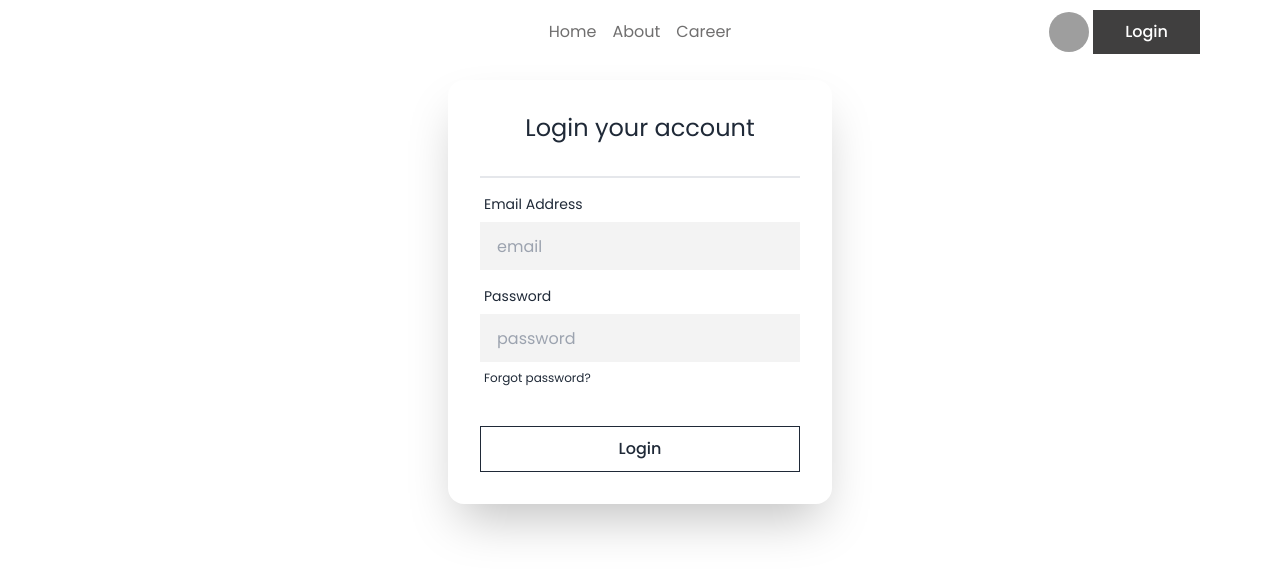
Repository: ShouravAhammed/react-dragon-news-auth
Page: /login
The author's editor kept a copy of each file at every save. The page is drawn from the files as they stood at one save, then again after the next save.
The browser window is 1280 px wide. The pictures show the whole page.
Pictures or frames that could not be fetched are drawn as grey boxes. The project was rebuilt for these pictures with package versions that can differ from the ones it lists, and the page was loaded fresh each time. Also part of the build but not shown: vite.config.js, src/pages/BreakingNews/BreakingNews.jsx, src/pages/Shared/Header/Header.jsx, src/pages/Shared/LeftSideNav/LeftSideNav.jsx, src/Components/btnLogin/BtnLogin.jsx, src/pages/Shared/RIghtSideNav/RightSideNav.jsx, src/pages/Home/Home.jsx, src/pages/About/About.jsx and 1 more.

Above is the page before, as saved 2024-04-14 02:57:40.

### src/main.jsx
import React from 'react'
import ReactDOM from 'react-dom/client'
import './index.css'
import { RouterProvider } from 'react-router-dom'
import router from './Routes/Routes.jsx'

ReactDOM.createRoot(document.getElementById('root')).render(
  <React.StrictMode>
    <RouterProvider router={router}/>
  </React.StrictMode>,
)

### src/Routes/Routes.jsx
import Root from "../layout/Root";

import {
    createBrowserRouter,
  } from "react-router-dom";
import Home from "../pages/Home/Home";
import About from "../pages/About/About";
import Career from "../pages/Career/Career";
import Login from "../pages/Login/Login";

const router = createBrowserRouter([
    {
        path: '/',
        element: <Root></Root>,
        children: [
            {

                path: '/',
                element: <Home></Home>,
            },
            {

                path: '/about',
                element: <About></About>,
            },
            {

                path: '/career',
                element: <Career></Career>,
            },
            {

                path: '/login',
                element: <Login></Login>,
            },

        ]
    }
])

export default router;

### src/layout/Root.jsx
import { Outlet } from "react-router-dom";


const Root = () => {
    return (
        <div className="max-w-6xl mx-auto font-poppins px-2">
            <Outlet></Outlet>
        </div>
    );
};

export default Root;

### src/pages/Login/Login.jsx
import Navbar from "../Shared/Navbar/Navbar";


const Login = () => {
    return (
        <div>
            <Navbar></Navbar>

            <div className="">
  <div className="hero-content">
    <div className="card  w-full max-w-sm shadow-2xl">

      <form className="card-body">
        <h3 className="text-center pb-8 border-b-2 text-2xl">Login your account</h3>
        <div className="form-control">
          <label className="label">
            <span className="label-text">Email Address</span>
          </label>
          <input type="email" placeholder="email" className="input rounded-none bg-[#F3F3F3]" required />
        </div>
        <div className="form-control">
          <label className="label">
            <span className="label-text">Password</span>
          </label>
          <input type="password" placeholder="password" className="input bg-[#F3F3F3] rounded-none" required />
          <label className="label">
            <a href="#" className="label-text-alt link link-hover">Forgot password?</a>
          </label>
        </div>
        <div className="form-control mt-6">
        <button
        className="w-full px-8 py-2.5 relative group overflow-hidden font-medium bg-white text-gray-800 inline-block border-gray-800 border"
      >
        <span className="absolute top-0 left-0 flex w-full h-0 mb-0 transition-all duration-200 ease-out transform translate-y-0 bg-gray-800 group-hover:h-full"></span>
        <span className="relative group-hover:text-white">Login</span>
      </button>
        </div>
      </form>

    </div>
  </div>
</div>

        </div>
    );
};

export default Login;

### src/pages/Shared/Navbar/Navbar.jsx
import { Link, NavLink } from "react-router-dom";
import DefaultUser from '../../../assets/user.png'

const Navbar = () => {

    const navLinks =
    <>
        <li><NavLink to={'/'} className={({isActive}) => isActive ? 'text-[#D72050]' : 'text-[#706F6F]'}>Home</NavLink></li>
        <li><NavLink to={'/about'} className={({isActive}) => isActive ? 'text-[#D72050]' : 'text-[#706F6F]'}>About</NavLink></li>
        <li><NavLink to={'/career'} className={({isActive}) => isActive ? 'text-[#D72050]' : 'text-[#706F6F]'}>Career</NavLink></li>
    </>

    return (
        <div>
            <div className="navbar">
  <div className="navbar-start">
    <div className="dropdown">
      <div tabIndex={0} role="button" className="btn btn-ghost lg:hidden">
        <svg xmlns="http://www.w3.org/2000/svg" className="h-5 w-5" fill="none" viewBox="0 0 24 24" stroke="currentColor"><path strokeLinecap="round" strokeLinejoin="round" strokeWidth="2" d="M4 6h16M4 12h8m-8 6h16" /></svg>
      </div>
      <ul tabIndex={0} className=" menu-sm dropdown-content mt-3 z-[1] p-2 shadow bg-base-100 rounded-box w-52 text-[#706F6F] font-normal text-[18px]">
        {navLinks}
      </ul>
    </div>
  </div>
  <div className="navbar-center hidden lg:flex">
    <ul className="flex justify-center items-center gap-4 menu-horizontal px-1">
      {navLinks}
    </ul>
  </div>
  <div className="navbar-end">
  <div tabIndex={0} role="button" className="btn btn-ghost btn-circle avatar">
        <div className="w-10 rounded-full">
          <img alt="Tailwind CSS Navbar component" src={DefaultUser} />
        </div>
      </div>

  <Link to={'/login'}
        className="px-8 py-2.5 relative group overflow-hidden font-medium bg-[#403F3F] text-white inline-block"
      >
        <span className="absolute top-0 left-0 flex w-full h-0 mb-0 transition-all duration-200 ease-out transform translate-y-0 bg-gray-50 group-hover:h-full"></span>
        <span className="relative group-hover:text-[#403F3F]">Login</span>
      </Link>
  </div>
</div>
        </div>
    );
};

export default Navbar;

### tailwind.config.js
/** @type {import('tailwindcss').Config} */
export default {
  content: [
    "./index.html",
    "./src/**/*.{js,ts,jsx,tsx}",
  ],
  theme: {
    extend: {
      fontFamily: {
        poppins: '"Poppins", sans-serif;', // Adds a new `font-display` class
      }
    }
  },
  plugins: [require("daisyui")],
}

Loaded but not shown: index.html (common file); src/index.css (common file)

After the next save:
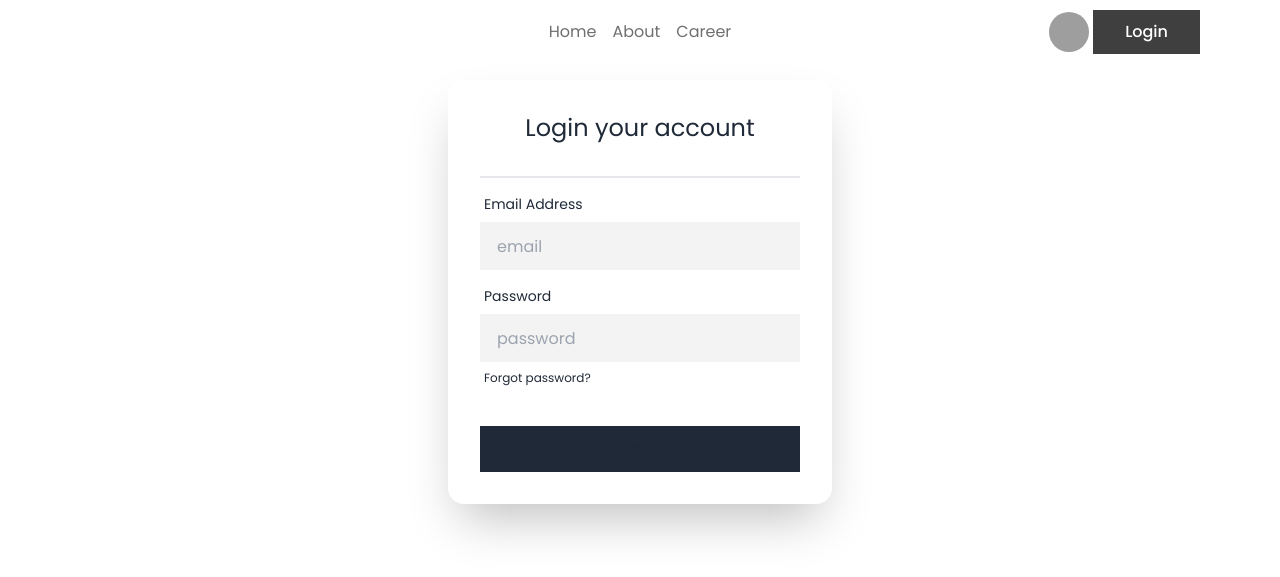
Saved 39 s later.
--- a/src/pages/Login/Login.jsx
+++ b/src/pages/Login/Login.jsx
@@ -29,9 +29,9 @@ const Login = () => {
         </div>
         <div className="form-control mt-6">
         <button
-        className="w-full px-8 py-2.5 relative group overflow-hidden font-medium bg-white text-gray-800 inline-block border-gray-800 border"
+        className="w-full px-8 py-2.5 relative group overflow-hidden font-medium bg-gray-800 text-gray-800 inline-block border-gray-800 border"
       >
-        <span className="absolute top-0 left-0 flex w-full h-0 mb-0 transition-all duration-200 ease-out transform translate-y-0 bg-gray-800 group-hover:h-full"></span>
+        <span className="absolute top-0 left-0 flex w-full h-0 mb-0 transition-all duration-200 ease-out transform translate-y-0 bg-white group-hover:h-full"></span>
         <span className="relative group-hover:text-white">Login</span>
       </button>
         </div>
